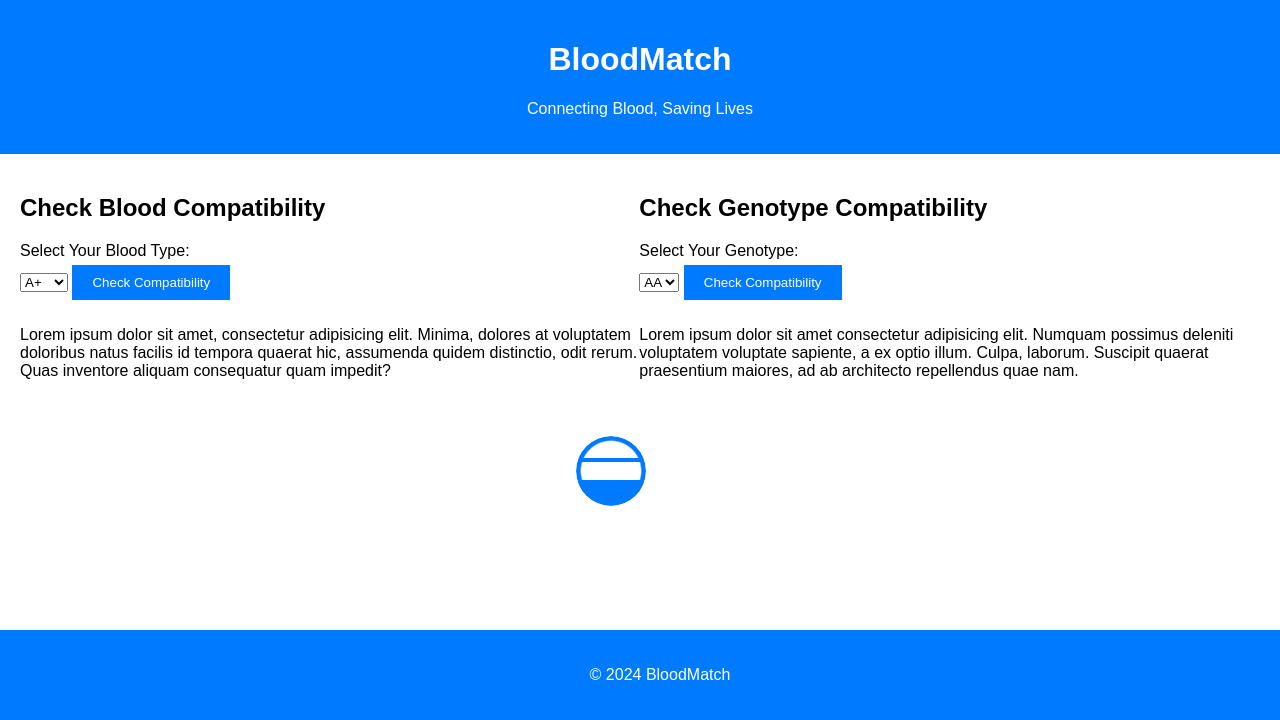
Repository: JuliusMonday/BloodMatch
Page: index.html
These files come from the project's save history. The page is drawn as it stood at one moment and after a run of saves; the edit follows.
The browser window is 1280 px wide. The pictures show the whole page.

Above is the page before, as saved 2024-05-02 16:43:57.

### index.html
<!DOCTYPE html>
<html lang="en">
<head>
  <meta charset="UTF-8">
  <meta name="viewport" content="width=device-width, initial-scale=1.0">
  <title>BloodMatch</title>
  <link rel="stylesheet" href="style.css">
</head>
<body>
  <header>
    <h1>BloodMatch</h1>
    <p>Connecting Blood, Saving Lives</p>
  </header>
  <main>
    <section id="bloodType">
      <h1>Check Blood Compatibility</h1>
      <label for="selectBloodType">Select Your Blood Type:</label>
      <select id="selectBloodType">
        <option value="A+">A+</option>
        <option value="A-">A-</option>
        <option value="B+">B+</option>
        <option value="B-">B-</option>
        <option value="AB+">AB+</option>
        <option value="AB-">AB-</option>
        <option value="O+">O+</option>
        <option value="O+">O+</option>
      </select>
      <button onclick="checkBloodCompatibility()">Check Compatibility</button>
      <p id="compatibilityResult">Lorem ipsum dolor sit amet, consectetur adipisicing elit. Minima, dolores at voluptatem doloribus natus facilis id tempora quaerat hic, assumenda quidem distinctio, odit rerum. Quas inventore aliquam consequatur quam impedit?</p>
    </section>
    <section id="genotype">
      <h1>Check Genotype Compatibility</h1>
      <label for="selectGenotype">Select Your Genotype:</label>
      <select id="selectGenotype">
        <option value="AA">AA</option>
        <option value="AS">AS</option>
        <option value="SS">SS</option>
      </select>
      <button onclick="checkGenotypeCompatibility()">Check Compatibility</button>
      <p id="genotypeResult">Lorem ipsum dolor sit amet consectetur adipisicing elit. Numquam possimus deleniti voluptatem voluptate sapiente, a ex optio illum. Culpa, laborum. Suscipit quaerat praesentium maiores, ad ab architecto repellendus quae nam.</p>
    </section>
  </main>
  <div class="custom-loader"></div>
  <br>
  <footer>
    <p>&copy; 2024 BloodMatch</p>
  </footer>
  <script src="script.js"></script>
</body>
</html>

### style.css
body {
    font-family: Arial, sans-serif;
    margin: 0;
    padding: 0;
  }

  header, footer {
    background-color: #007bff;
    color: #ffffff;
    text-align: center;
    padding: 20px;
  }

  main {
    padding: 20px;
    display: flex;

  }

  section {
    margin-bottom: 20px;
  }

  label {
    display: block;
    margin-bottom: 5px;
  }

  select, button {
    margin-bottom: 10px;
  }

  button {
    background-color: #007bff;
    color: #ffffff;
    border: none;
    padding: 10px 20px;
    cursor: pointer;
  }

  button:hover {
    background-color: #0056b3;
  }

  footer {
    bottom: 0;
    width: 100%;
      }
      .cube-loader {
        position: relative;
      /* u can choose any size */
        width: 75px;
        height: 75px;
        transform-style: preserve-3d;
        transform: rotateX(-30deg);
        animation: animate 4s linear infinite;
      }

      @keyframes animate {
        0% {
          transform: rotateX(-30deg) rotateY(0);
        }

        100% {
          transform: rotateX(-30deg) rotateY(360deg);
        }
      }

      .custom-loader{
        text-align: center;
        display:grid;
        place-items: center;
        margin: auto 45%;
      }
      .custom-loader {
        width: 70px;
        height: 70px;
        background: #007bff;
        border-radius: 50px;
        -webkit-mask: radial-gradient(circle 31px at 50% calc(100% + 13px),#000 95%,#0000) top 4px left 50%,
          radial-gradient(circle 31px,#000 95%,#0000) center,
          radial-gradient(circle 31px at 50% -13px,#000 95%,#0000) bottom 4px left 50%,
          linear-gradient(#000 0 0);
        -webkit-mask-composite: xor;
        mask-composite: exclude;
        -webkit-mask-repeat: no-repeat;
        animation: cu10 1.5s infinite;
      }

      @keyframes cu10 {
        0% {
          -webkit-mask-size: 0    18px,0    18px,0    18px,auto
        }

        16.67% {
          -webkit-mask-size: 100% 18px,0    18px,0    18px,auto
        }

        33.33% {
          -webkit-mask-size: 100% 18px,100% 18px,0    18px,auto
        }

        50% {
          -webkit-mask-size: 100% 18px,100% 18px,100% 18px,auto
        }

        66.67% {
          -webkit-mask-size: 0    18px,100% 18px,100% 18px,auto
        }

        83.33% {
          -webkit-mask-size: 0    18px,0    18px,100% 18px,auto
        }

        100% {
          -webkit-mask-size: 0    18px,0    18px,0    18px,auto
        }
      }

@media (min-width: 768px){
    footer {
        position:fixed;
        bottom: 0;
        }
}

@media (max-width: 767px){
    main {
        padding: 20px;
        flex-direction: column;
          }
}

### script.js
const checkBloodCompatibility = () =>{
    let selectedBloodType = document.getElementById("selectBloodType").value;
    let compatibilityResult = document.getElementById("compatibilityResult");
    let compatibleBloodTypes = "";

    // Logic to determine compatible blood types
    switch(selectedBloodType) {
      case "A+":
        compatibleBloodTypes = "sample";
        break;
      case "A-":
        compatibleBloodTypes = "SAMPLE";
        break;
      case "B+":
        compatibleBloodTypes = "SAMPLE";
        break;
      case "B-":
        compatibleBloodTypes = "SAMPLE";
        break;
      case "AB+":
        compatibleBloodTypes = "SAMPLE";
        break;
      case "AB-":
        compatibleBloodTypes = "sample";
        break;
      case "O+":
        compatibleBloodTypes = "SAMPLE";
        break;
      case "O-":
        compatibleBloodTypes = "sample";
        break;
    }

    compatibilityResult.textContent = "Compatible blood types: " + compatibleBloodTypes;
  }

  const checkGenotypeCompatibility = () => {
    let selectedGenotype = document.getElementById("selectGenotype").value;
    let genotypeResult = document.getElementById("genotypeResult");
    let compatibleGenotypes = "";

    // Logic to determine compatible genotypes
    switch(selectedGenotype) {
      case "AA":
        compatibleGenotypes = "AA";
        break;
      case "AS":
        compatibleGenotypes = "AA, AS";
        break;
      case "SS":
        compatibleGenotypes = "SS";
        break;
      case "SC":
        compatibleGenotypes = "SC"
    }

    genotypeResult.textContent = `<h1>Compatible genotypes: " + compatibleGenotypes</h1>"`;
  }

After the next 3 saves:
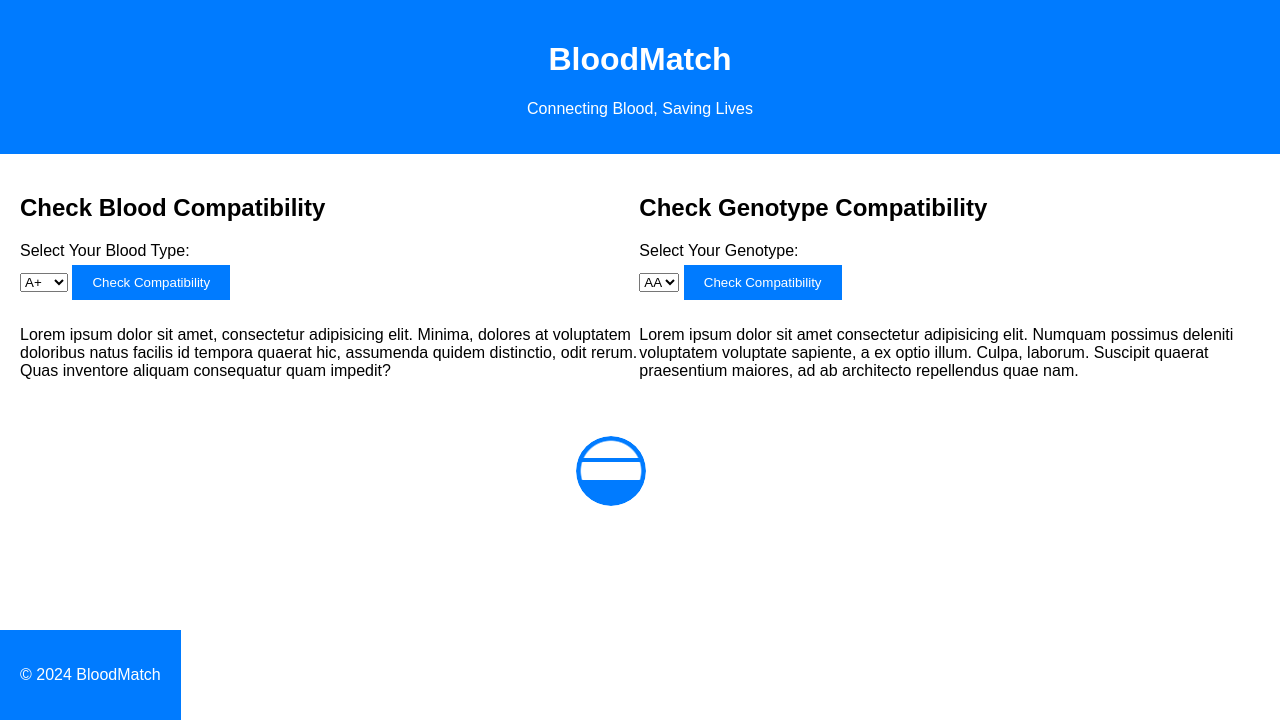
The 3 saves are shown as one change because they came seconds apart.
The last was saved 31 s later.
--- a/style.css
+++ b/style.css
@@ -41,7 +41,7 @@
   button:hover {
     background-color: #0056b3;
   }
-
+  #genotypeResult:
   footer {
     bottom: 0;
     width: 100%;

After the save that followed:
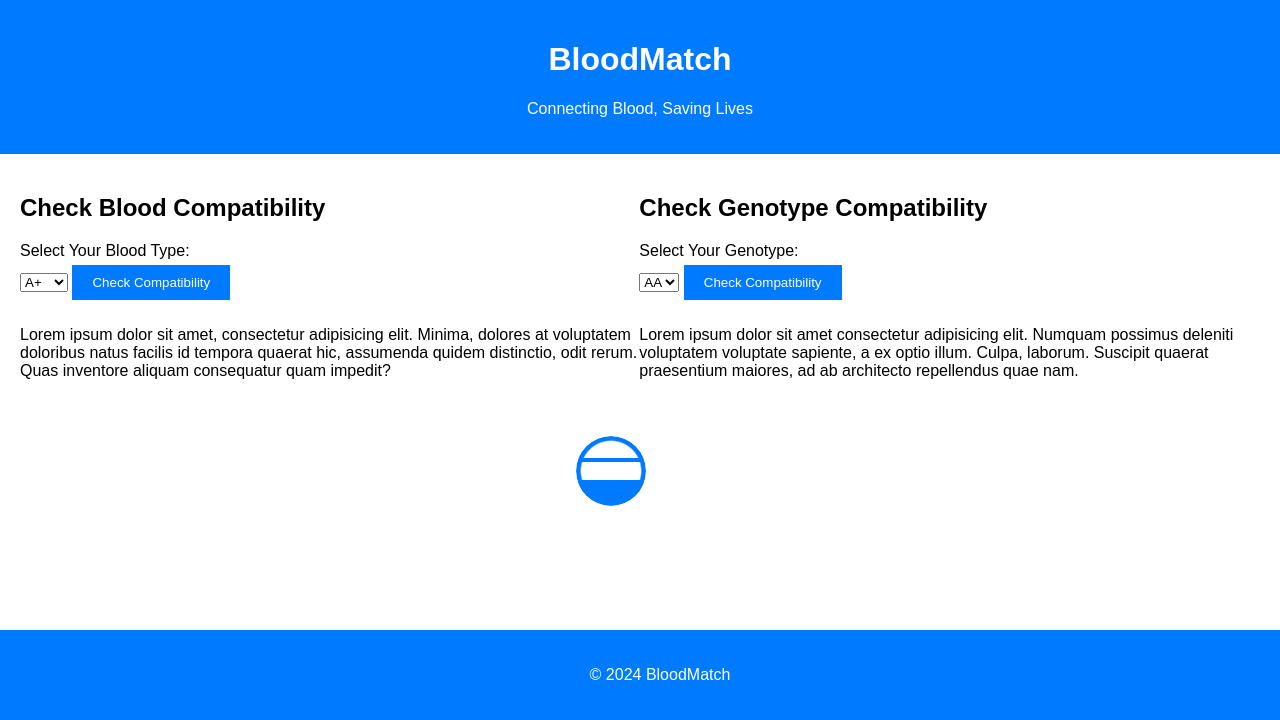
Saved 4 s later.
--- a/style.css
+++ b/style.css
@@ -41,7 +41,9 @@
   button:hover {
     background-color: #0056b3;
   }
-  #genotypeResult:
+  #genotypeResult{
+
+  }
   footer {
     bottom: 0;
     width: 100%;
